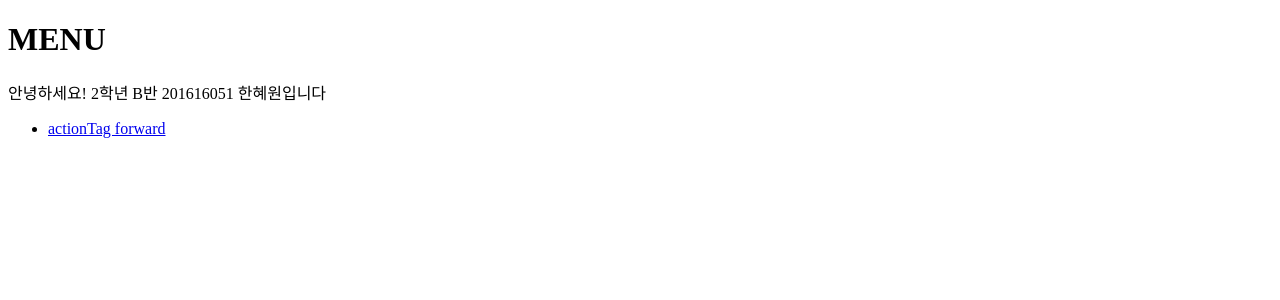
Repository: hhw9797/bitcampjn201904
Page: html/html5/jsp/FirstWeb/WebContent/index.html
These files come from the project's save history. The page is drawn as it stood at one moment and after the next save; the edit follows.
The browser window is 1280 px wide. The pictures show the whole page.

Above is the page before, as saved 2019-06-20 04:16:32.

After the next save:
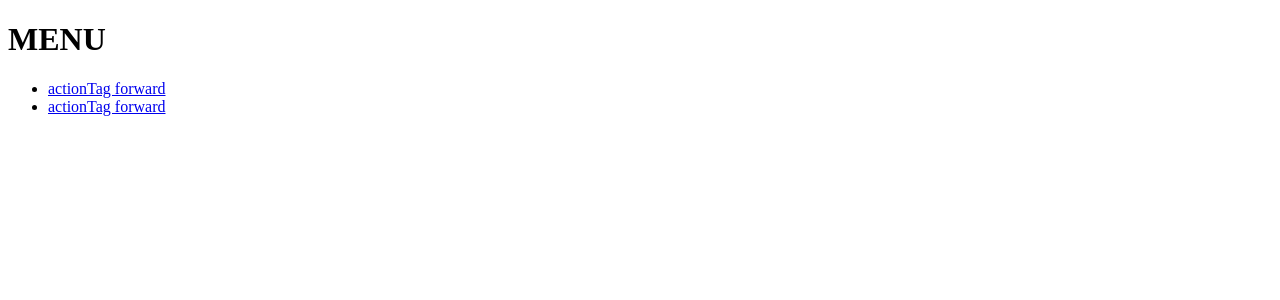
Saved 84 s later.
--- a/html/html5/jsp/FirstWeb/WebContent/index.html
+++ b/html/html5/jsp/FirstWeb/WebContent/index.html
@@ -16,11 +16,9 @@
 </head>
 <body>
 	<h1>MENU</h1>
-	<span>안녕하세요!
-	2학년 B반 201616051 한혜원입니다
-	</span>
 	<ul>
-		<li><a href="select.jsp">actionTag forward</a>
+		<li><a href="actiontag/.jsp">actionTag forward</a>
+		<li><a href="repuest/.jsp">actionTag forward</a>
 	</ul>
 </body>
 </html>
